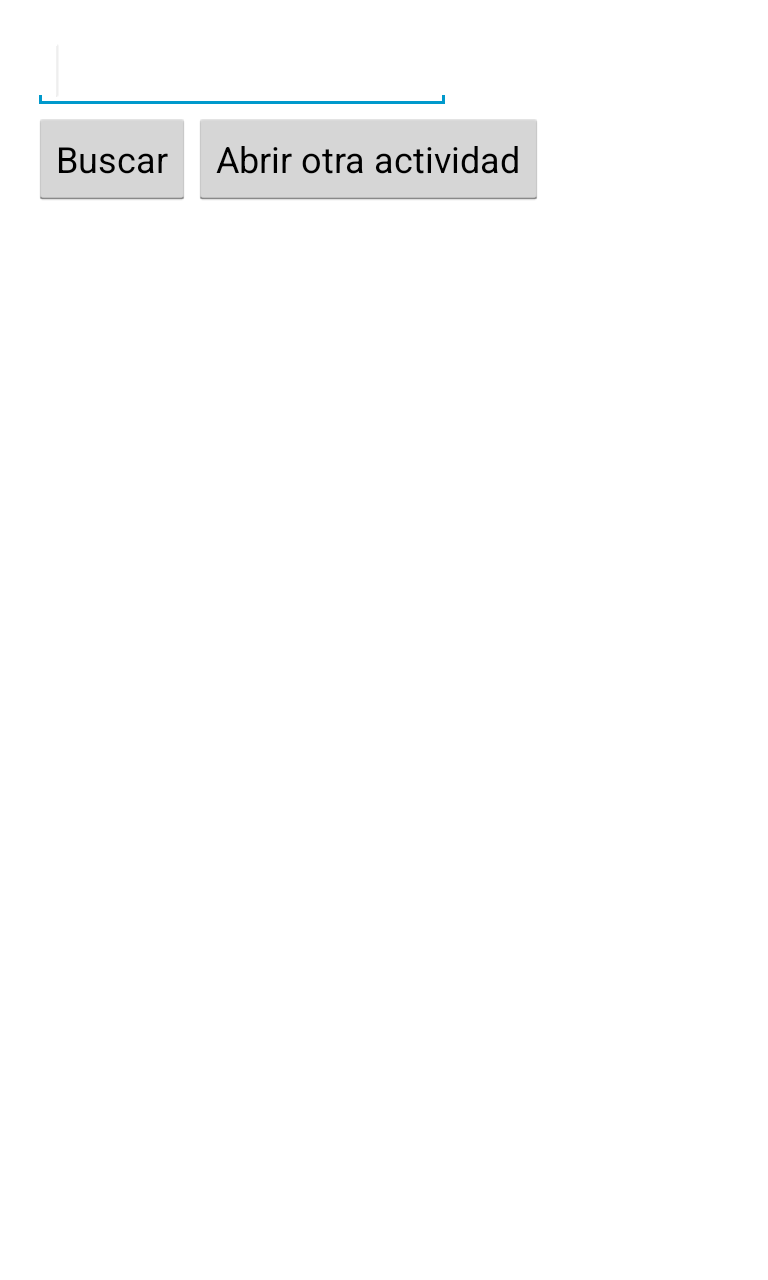
Repository: Kenwal/DemosS1
Layout: Demo3/res/layout/activity_main.xml
The author's editor kept a copy of each file at every save. The layout is drawn from the files as they stood at one save, then again after a run of saves.
It is drawn on a 768 x 1280 px phone screen (xhdpi) without system bars, with theme AppTheme; the app's code is not run.

Above is the layout before, as saved 2014-01-23 15:06:02.

### Demo3/res/layout/activity_main.xml
<RelativeLayout xmlns:android="http://schemas.android.com/apk/res/android"
    xmlns:tools="http://schemas.android.com/tools"
    android:layout_width="match_parent"
    android:layout_height="match_parent"
    android:paddingBottom="@dimen/activity_vertical_margin"
    android:paddingLeft="@dimen/activity_horizontal_margin"
    android:paddingRight="@dimen/activity_horizontal_margin"
    android:paddingTop="@dimen/activity_vertical_margin"
    tools:context=".MainActivity" >

    <EditText
        android:id="@+id/editTextSearchQuery"
        android:layout_width="wrap_content"
        android:layout_height="wrap_content"
        android:layout_alignParentLeft="true"
        android:layout_alignParentTop="true"
        android:inputType="text"
        android:ems="10" >

        <requestFocus />
    </EditText>

    <Button
        android:id="@+id/btnSearch"
        android:layout_width="wrap_content"
        android:layout_height="wrap_content"
        android:layout_alignLeft="@+id/editTextSearchQuery"
        android:layout_below="@+id/editTextSearchQuery"
        android:text="@string/btn_search" />

    <Button
        android:id="@+id/btnOpenActivity"
        android:layout_width="wrap_content"
        android:layout_height="wrap_content"
        android:layout_alignBaseline="@+id/btnSearch"
        android:layout_alignBottom="@+id/btnSearch"
        android:layout_toRightOf="@+id/btnSearch"
        android:text="@string/btn_open_activity" />

</RelativeLayout>

### Demo3/res/values/strings.xml
<?xml version="1.0" encoding="utf-8"?>
<resources>

    <string name="app_name">Demo 3</string>
    <string name="action_settings">Settings</string>
    <string name="hello_world">Hola Android!</string>
    <string name="btn_search">Buscar</string>
    <string name="btn_open_activity">Abrir otra actividad</string>
    <string name="btn_list">Listado</string>
    <string name="title_activity_show_search_query">ShowSearchQueryActivity</string>

</resources>

Loaded but not shown: Demo3/res/values/styles.xml (common file); Demo3/res/values-v11/styles.xml (common file); Demo3/res/values-v14/styles.xml (common file); Demo3/res/values/dimens.xml (common file)

After the next 3 saves:
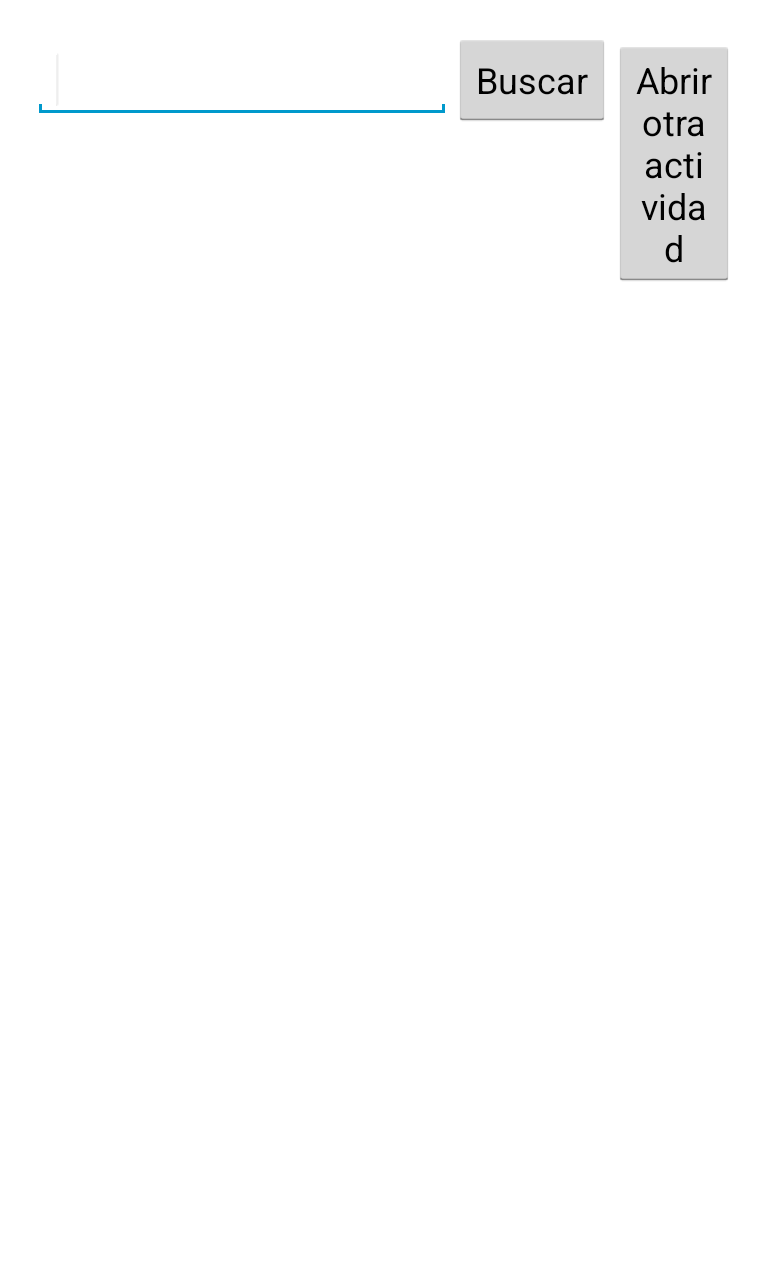
The 3 saves are shown as one change because 2 did not build or start.
The last was saved 2 min 5 s later.
--- a/Demo3/res/layout/activity_main.xml
+++ b/Demo3/res/layout/activity_main.xml
@@ -1,4 +1,4 @@
-<RelativeLayout xmlns:android="http://schemas.android.com/apk/res/android"
+<LinearLayout xmlns:android="http://schemas.android.com/apk/res/android"
     xmlns:tools="http://schemas.android.com/tools"
     android:layout_width="match_parent"
     android:layout_height="match_parent"
@@ -12,8 +12,6 @@
         android:id="@+id/editTextSearchQuery"
         android:layout_width="wrap_content"
         android:layout_height="wrap_content"
-        android:layout_alignParentLeft="true"
-        android:layout_alignParentTop="true"
         android:inputType="text"
         android:ems="10" >
 
@@ -24,17 +22,12 @@
         android:id="@+id/btnSearch"
         android:layout_width="wrap_content"
         android:layout_height="wrap_content"
-        android:layout_alignLeft="@+id/editTextSearchQuery"
-        android:layout_below="@+id/editTextSearchQuery"
         android:text="@string/btn_search" />
 
     <Button
         android:id="@+id/btnOpenActivity"
         android:layout_width="wrap_content"
         android:layout_height="wrap_content"
-        android:layout_alignBaseline="@+id/btnSearch"
-        android:layout_alignBottom="@+id/btnSearch"
-        android:layout_toRightOf="@+id/btnSearch"
         android:text="@string/btn_open_activity" />
 
-</RelativeLayout>
+</LinearLayout>
